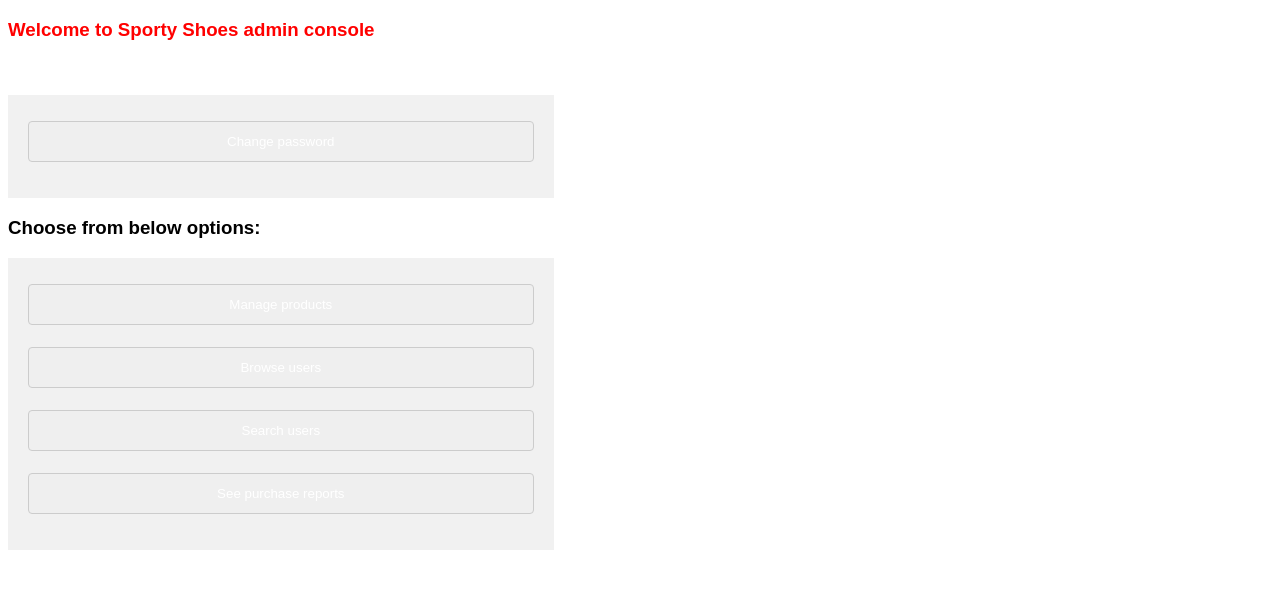
Repository: hope745/SportyShoes
Page: SportyShoes/src/main/resources/static/adminlanding.html
These files come from the project's save history. The page is drawn as it stood at one moment and after the next save; the edit follows.
The browser window is 1280 px wide. The pictures show the whole page.

Above is the page before, as saved 2021-11-17 10:21:26.

### SportyShoes/src/main/resources/static/adminlanding.html
<!DOCTYPE html>
<html>
<head>
<meta name="viewport" content="width=device-width, initial-scale=1">
<style>
/* Style all input fields */
input {
	width: 100%;
	padding: 12px;
	border: 1px solid #ccc;
	border-radius: 4px;
	box-sizing: border-box;
	margin-top: 6px;
	margin-bottom: 16px;
}

body {
	font-family: Arial, Helvetica, sans-serif;
}
/* Style the submit button */
input[type=button] {
	background-color: ##0428aa;
	color: white;
	width: 100%;
}

input[type=submit] {
	background-color: ##0428aa;
	color: white;
	width: 100%;
}
/* Style the container for inputs */
.container {
	background-color: #f1f1f1;
	padding: 20px;
	width: 40%;
}
/* The message box is shown when the user clicks on the password field */
#message {
	display: none;
	background: #04AA6D;
	color: #000;
	position: relative;
	padding: 20px;
	margin-top: 10px;
}

#message p {
	padding: 10px 35px;
	font-size: 18px;
}
</style>
</head>
<title>Sporty Shoes Admin</title>
<body>
	<h3 style="color:red;font-family: Arial, Helvetica, sans-serif;">Welcome to Sporty Shoes admin console</h3><br/>
	<br />
	<div class="container">
		<form action="">
			<input type="button" value="Change password"
				id="changePasswordButton">
		</form>
	</div>
	<h3>Choose from below options:</h3>
	<div class="container">
		<form method="post">
			<input type="button" value="Manage products" id="manageProductsButton">
			<input type="submit" value="Browse users" onclick="form.action='/browseusers'">
			<input type="button" value="Search users" id="searchUsersButton">
			<input type="submit" value="See purchase reports" onclick="form.action='/viewpurchasereports'">
		</form>
	</div>
	<script type="text/javascript">
		document.getElementById("changePasswordButton").onclick = function() {
			location.href = "http://localhost:8081/changepwd.html";
		};
		document.getElementById("manageProductsButton").onclick = function() {
			location.href = "http://localhost:8081/manageproducts.html";
		};
		document.getElementById("searchUsersButton").onclick = function() {
			location.href = "http://localhost:8081/searchusers.html";
		};
	</script>
</body>
</html>

After the next save:
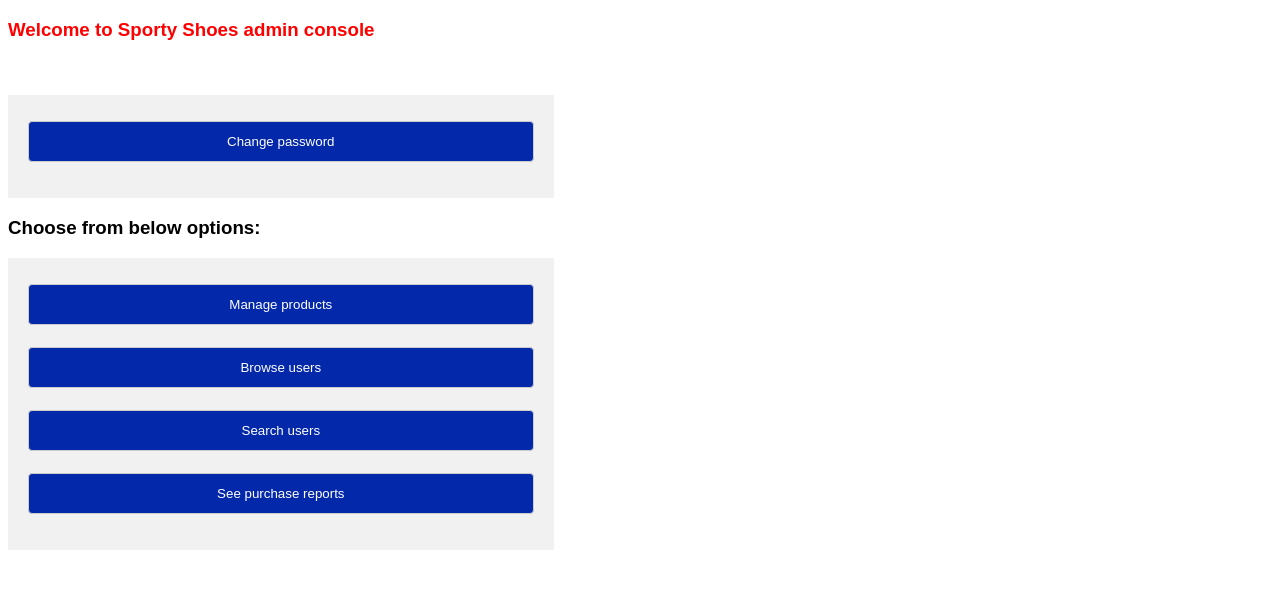
Saved 30 s later.
--- a/SportyShoes/src/main/resources/static/adminlanding.html
+++ b/SportyShoes/src/main/resources/static/adminlanding.html
@@ -19,13 +19,13 @@
 }
 /* Style the submit button */
 input[type=button] {
-	background-color: ##0428aa;
+	background-color: #0428aa;
 	color: white;
 	width: 100%;
 }
 
 input[type=submit] {
-	background-color: ##0428aa;
+	background-color: #0428aa;
 	color: white;
 	width: 100%;
 }
